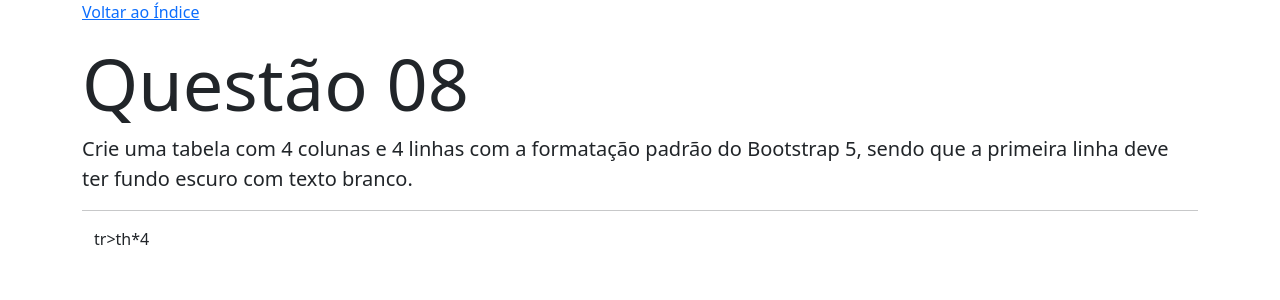
Repository: In-Game-full/Reprograme-se
Page: S-6-InicioBootstrap5/Atividade-pratica-da-semana-1-de-Bootstrap-5-In-Game-full/questao08.html
An editor plug-in stored every save of this project. The page is shown before and after the next save, followed by the edit.
The browser window is 1280 px wide. The pictures show the whole page.

Above is the page before, as saved 2023-08-28 21:58:48.

After the next save:
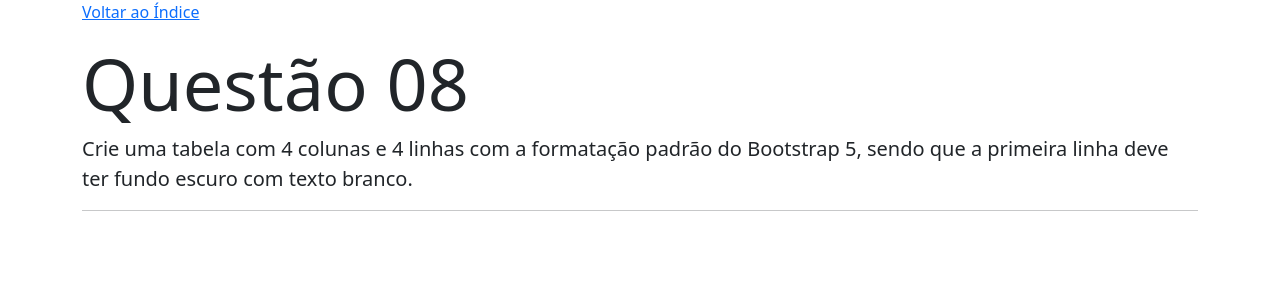
Saved 6 s later.
--- a/S-6-InicioBootstrap5/Atividade-pratica-da-semana-1-de-Bootstrap-5-In-Game-full/questao08.html
+++ b/S-6-InicioBootstrap5/Atividade-pratica-da-semana-1-de-Bootstrap-5-In-Game-full/questao08.html
@@ -22,7 +22,12 @@
         <div class="container">
             <table>
                 <thead>
-                    tr>th*4
+                    <tr>
+                        <th></th>
+                        <th></th>
+                        <th></th>
+                        <th></th>
+                    </tr>
                 </thead>
                 <tbody></tbo>
             </table>
